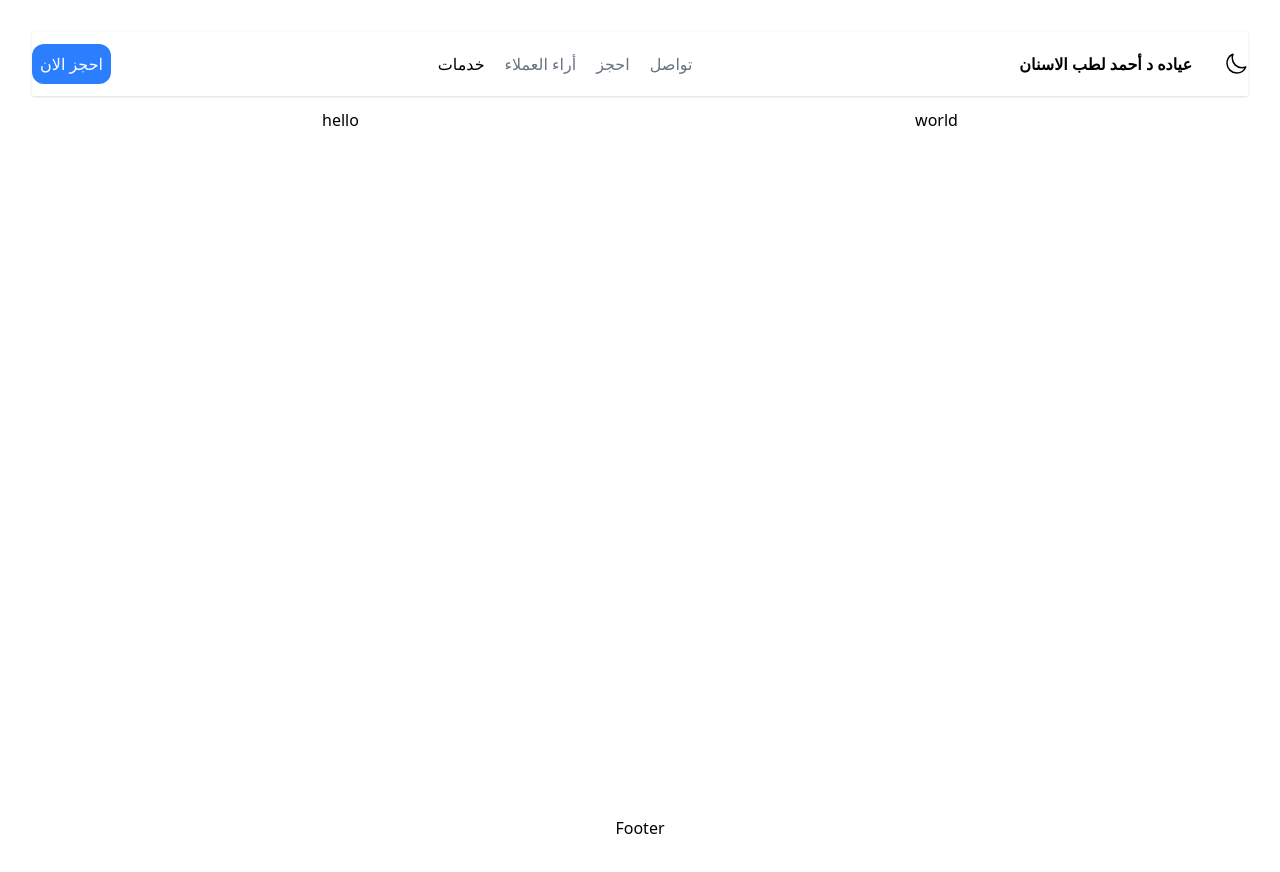
Repository: mohamedehab23-pro/clinic
Page: /
These files come from the project's save history. The page is drawn as it stood at one moment and after the next save; the edit follows.
The browser window is 1280 px wide. The pictures show the whole page.
The project was rebuilt for these pictures with package versions that can differ from the ones it lists, and the page was loaded fresh each time. Also part of the build but not shown: vite.config.js, src/Pages/AboutPage.jsx, src/Pages/ContactPage.jsx, src/Pages/NotFound.jsx, src/Components/Child.jsx, src/Components/Parent.jsx.

Above is the page before, as saved 2026-02-22 13:54:17.

### index.html
<!doctype html>
<html lang="en">
  <head>
    <meta charset="UTF-8" />
    <link rel="icon" type="image/svg+xml" href="/vite.svg" />
    <meta name="viewport" content="width=device-width, initial-scale=1.0" />
    <title>project1</title>
  </head>
  <body>
    <div id="root"></div>
    <script type="module" src="/src/main.jsx"></script>
  </body>
</html>

### src/index.css
@import "tailwindcss";
@custom-variant dark (&:where(.dark, .dark *));


.active{
    @apply text-black dark:text-white
}

### src/App.jsx
import { useState } from 'react'
import HeroPage from '../src/Pages/HeroPage'
import './App.css'
import { createBrowserRouter, RouterProvider } from 'react-router'
import MainLayout from './Layouts/MainLayout'
import AboutPage from './Pages/AboutPage'
import ContactPage from './Pages/ContactPage'
import NotFound from './Pages/NotFound'
import Parent from './Components/Parent'


const x=createBrowserRouter([
  {path:'',element:<MainLayout/>,children:[
    {index:true,element:<HeroPage/>},
    {path:'/about',element:<AboutPage/>},
    {path:'/contact',element:<ContactPage/>},
    {path:'*',element:<NotFound/>}
  ]}
])

function App() {

  return (
    <>
    {/* <Parent/> */}

     <RouterProvider router={x}/>
    </>
  )
}

export default App

### src/Pages/HeroPage.jsx
import React from 'react'

export default function HomePage() {
  return (
    <div className='dark:bg-gray-800 min-h-screen p-3'>
      <div className='flex justify-around'>
<div>
  hello
</div>
<div>
  world
</div>
      </div>



    </div>
  )
}

### src/Layouts/MainLayout.jsx
import React, { useState } from 'react'
import Navbar from '../Components/Navbar'
import Footer from '../Components/Footer'
import { Outlet } from 'react-router'

export default function MainLayout() {
  const [darkMode, setDarkMode] = useState(false)
  return (
    <>
    <div className={`${darkMode? 'dark':''}  dark:text-white`}>
      <Navbar darkMode={darkMode} setDarkMode={setDarkMode}/>
    <Outlet />
    <Footer/>
    </div>
    </>
  )
}

### src/Components/Navbar.jsx
import React, { useState } from 'react'
import { Link, NavLink } from 'react-router'

export default function Navbar({setDarkMode,darkMode}) {
  const [navToggle, setNavToggle] = useState(false)
  return (
    <div className='py-3 shadow sticky top-0 w-full dark:bg-gray-700 bg-white/50'>
<div className="container px-3 lg:p-0 mx-auto flex items-center justify-between">
<div>
  <button className='p-2 rounded-xl bg-blue-500 text-white '><Link to={'/'}>احجز الان</Link></button>
</div>
<div>
  <ul className='lg:flex dark:text-white/50 gap-5 hidden'>
    <li className='text-gray-500'><NavLink to={''}>خدمات</NavLink></li>
    <li className='text-gray-500'><NavLink to={'/about'}>أراء العملاء</NavLink></li>
    <li className='text-gray-500'><NavLink to={'/contact'}>احجز</NavLink></li>
    <li className='text-gray-500'><NavLink to={'ertyuj'}>تواصل</NavLink></li>
  </ul>
</div>
<div className='flex gap-8'>
  <Link to={''} className=' font-bold'>عياده د أحمد لطب الاسنان</Link>
  {darkMode?<svg xmlns="http://www.w3.org/2000/svg"
onClick={()=>setDarkMode(!darkMode)}
fill="none" viewBox="0 0 24 24" strokeWidth={1.5} stroke="currentColor" className="cursor-pointer size-6">
  <path strokeLinecap="round" strokeLinejoin="round" d="M12 3v2.25m6.364.386-1.591 1.591M21 12h-2.25m-.386 6.364-1.591-1.591M12 18.75V21m-4.773-4.227-1.591 1.591M5.25 12H3m4.227-4.773L5.636 5.636M15.75 12a3.75 3.75 0 1 1-7.5 0 3.75 3.75 0 0 1 7.5 0Z" />
</svg>:<svg xmlns="http://www.w3.org/2000/svg" fill="none"
onClick={()=>setDarkMode(!darkMode)}
viewBox="0 0 24 24" strokeWidth={1.5} stroke="currentColor" className="cursor-pointer size-6">
  <path strokeLinecap="round" strokeLinejoin="round" d="M21.752 15.002A9.72 9.72 0 0 1 18 15.75c-5.385 0-9.75-4.365-9.75-9.75 0-1.33.266-2.597.748-3.752A9.753 9.753 0 0 0 3 11.25C3 16.635 7.365 21 12.75 21a9.753 9.753 0 0 0 9.002-5.998Z" />
</svg>}
</div>
<div className='lg:hidden'>
  <svg xmlns="http://www.w3.org/2000/svg" onClick={()=>setNavToggle(!navToggle)} fill="none" viewBox="0 0 24 24" strokeWidth={1.5} stroke="currentColor" className="cursor-pointer size-6">
  <path strokeLinecap="round" strokeLinejoin="round" d="M3.75 6.75h16.5M3.75 12h16.5m-16.5 5.25h16.5" />
</svg>


</div>



</div>
{navToggle && <ul className='pt-3 text-end px-3'>
    <li className='text-gray-500'><NavLink to={''}>خدمات</NavLink></li>
    <li className='text-gray-500'><NavLink to={'/about'}>أراء العملاء</NavLink></li>
    <li className='text-gray-500'><NavLink to={'/contact'}>احجز</NavLink></li>
    <li className='text-gray-500'><NavLink to={'ertyuj'}>تواصل</NavLink></li>
  </ul>}


    </div>
  )
}

Loaded but not shown: src/main.jsx (common file); src/App.css (common file); src/Components/Footer.jsx (common file)

After the next save:
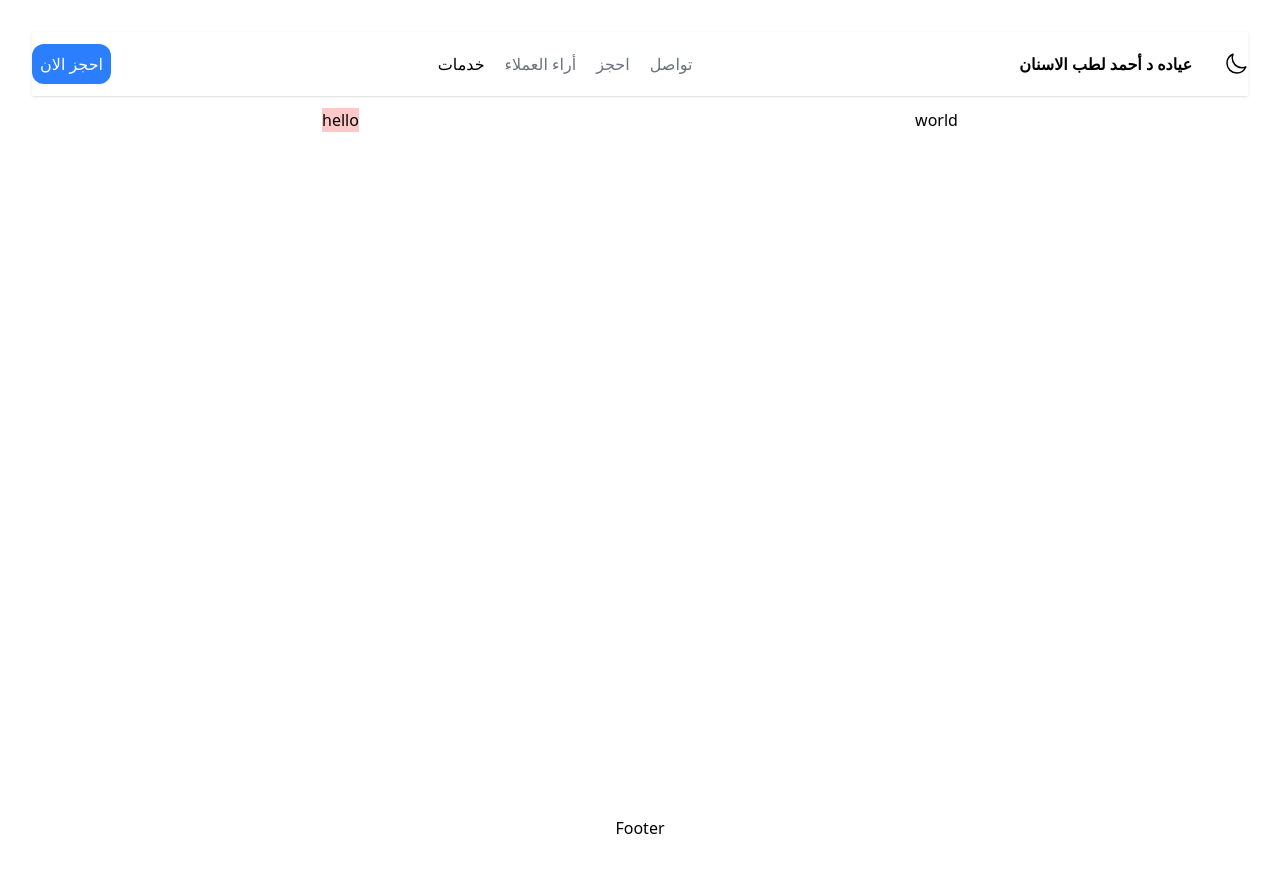
Saved 5 s later.
--- a/src/Pages/HeroPage.jsx
+++ b/src/Pages/HeroPage.jsx
@@ -4,7 +4,7 @@ export default function HomePage() {
   return (
     <div className='dark:bg-gray-800 min-h-screen p-3'>
       <div className='flex justify-around'>
-<div>
+<div className='bg-red-200'>
   hello
 </div>
 <div>
